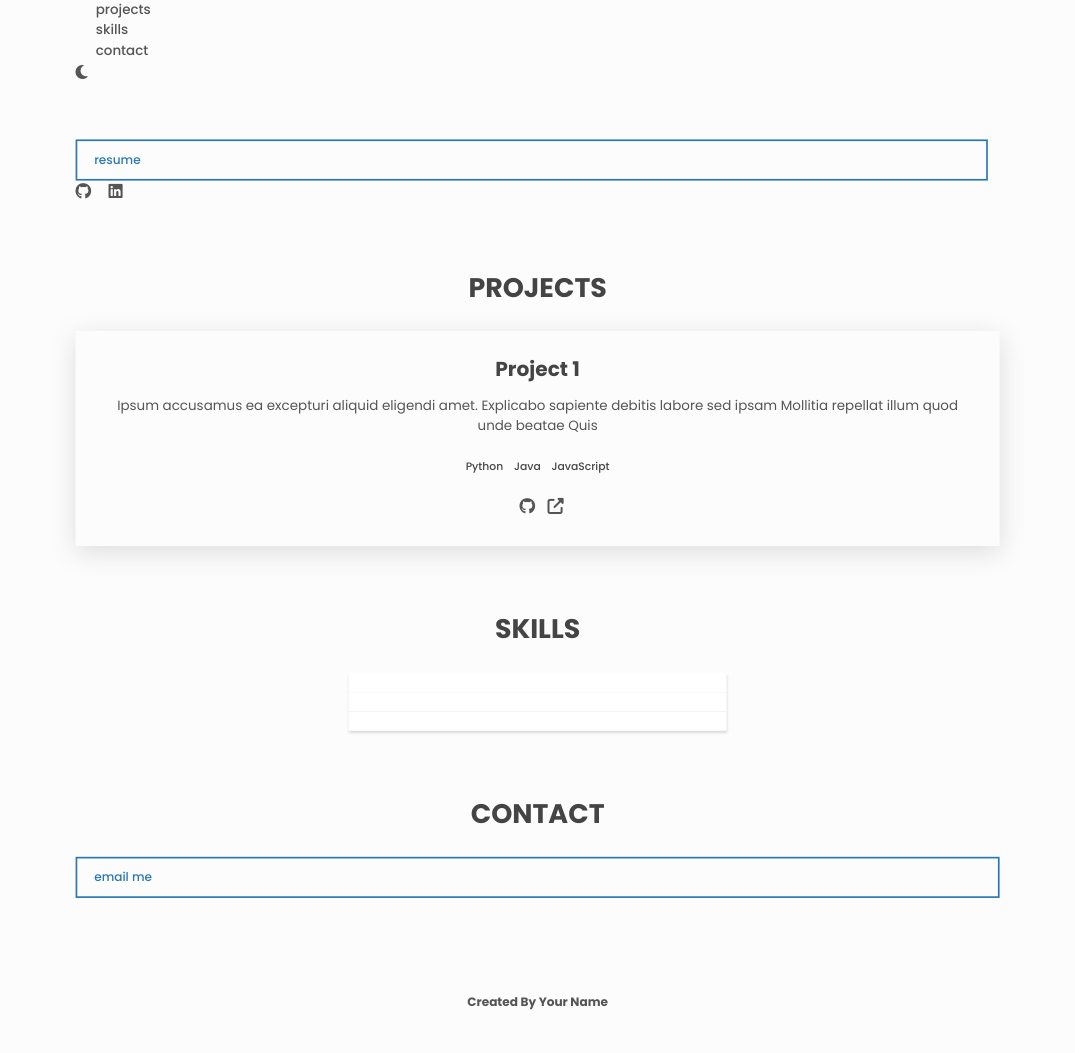
Repository: indiansummer1022/Cubstart
Page: Web Track/hw1/index.html
The author's editor kept a copy of each file at every save. The page is drawn from the files as they stood at one save, then again after the next save.
The browser window is 1280 px wide. The pictures show the whole page, at 84% of full size.
Some web libraries are served in a nearby version.

Above is the page before, as saved 2022-02-15 21:09:10.

After the next save:
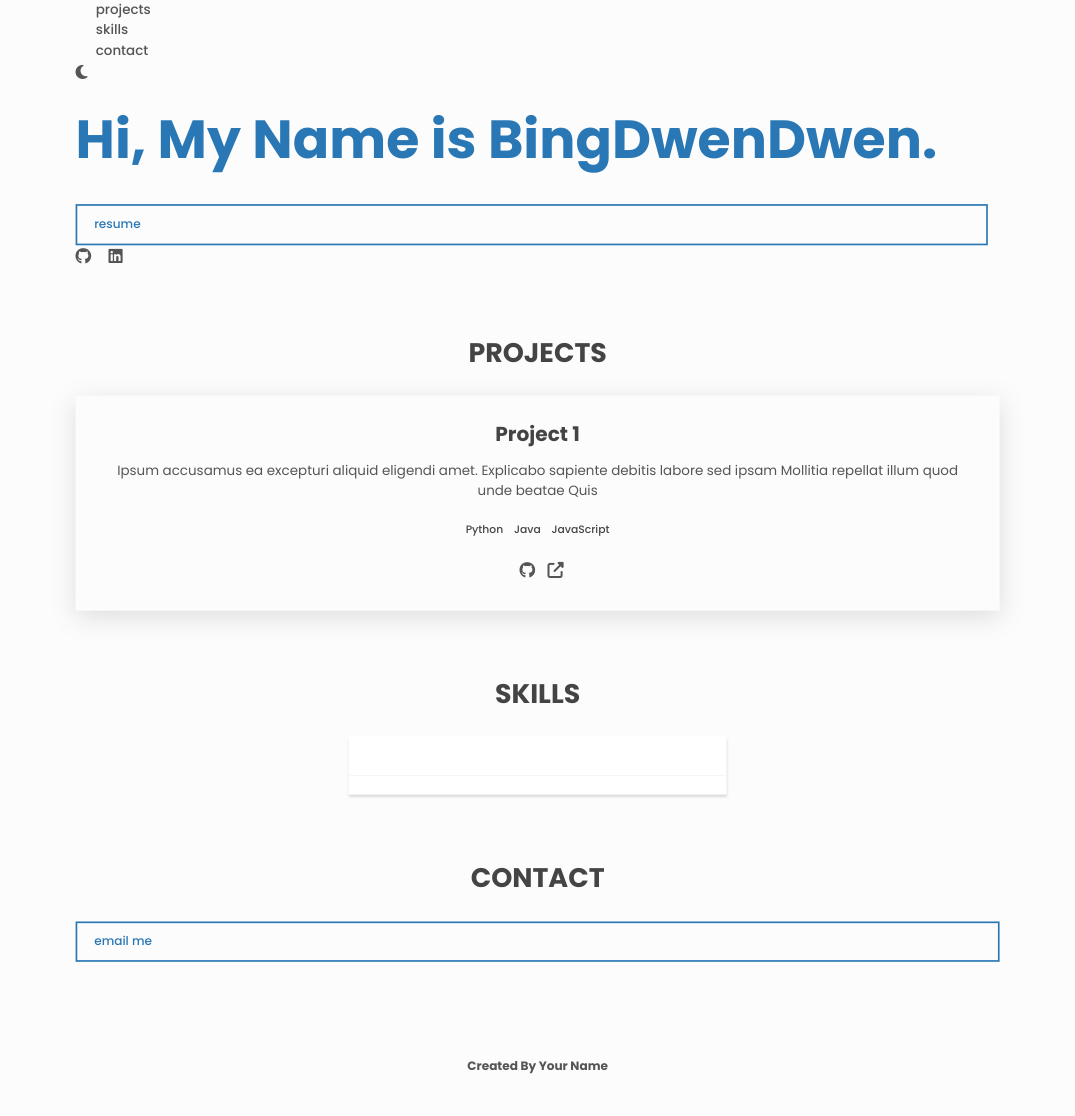
Saved 44 s later.
--- a/Web Track/hw1/index.html
+++ b/Web Track/hw1/index.html
@@ -71,7 +71,7 @@
   <main>
     <div class="about center">
       <!-- BEGIN PART 6 -->
-      <h1></h1>
+      <h1 class="about__name"> Hi, My Name is BingDwenDwen. </h1>
       <!-- END PART 6 -->
       <div class="about__contact center">
         <a href="https://example.com">
